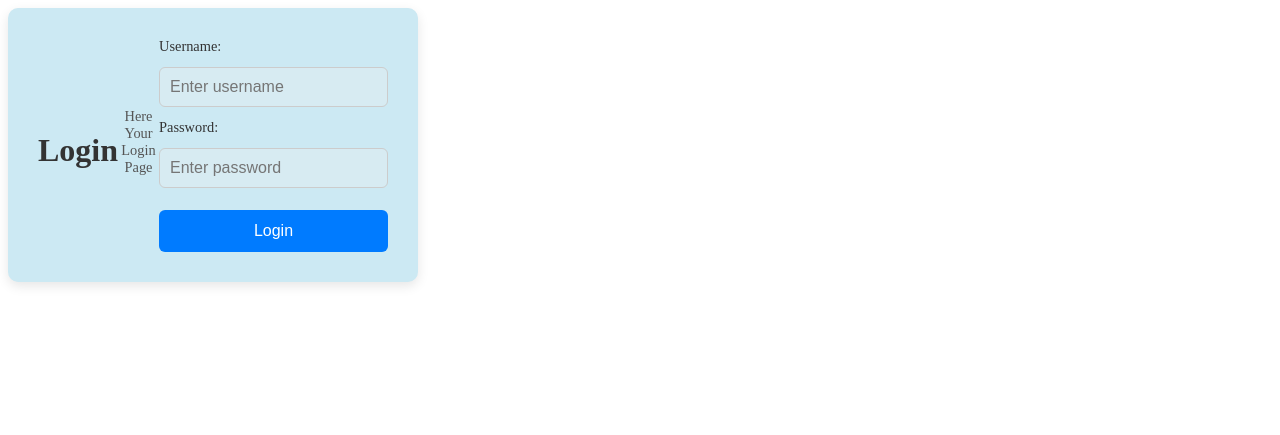
Repository: AdityaTech-Pro/FullStackWithBridgelabz
Page: login form/index.html
An editor plug-in stored every save of this project. The page is shown before and after the next save, followed by the edit.
The browser window is 1280 px wide. The pictures show the whole page.

Above is the page before, as saved 2025-11-17 09:35:15.
Console error: ReferenceError: inputUsername is not defined

### login form/index.html
<!DOCTYPE html>
<html lang="en">

<head>
    <meta charset="UTF-8" />
    <meta name="viewport" content="width=device-width, initial-scale=1.0" />
    <title>Login Page</title>
    <link rel="stylesheet" href="./style.css" />
</head>

<body>
    <main class="login-container">
        <h1>Login</h1>
        <p>Here Your Login Page</p>


        <div class="login-box" BackgroundColor="#f0f0f0" Padding="20px" BorderRadius="5px">
            <label>Username:</label>
            <input type="text" placeholder="Enter username" disabled>


            <label>Password:</label>
            <input type="password" placeholder="Enter password" disabled>


            <button disabled>Login</button>
        </div>
    </main>


    <script src="script.js"></script>
</body>

</html>

### login form/style.css

   //LOGIN PAGE - STYLED WITH STANDARD MODERN COLORS

body {
  /* margin: 50%; */
  /* padding: 50%; */
  font-family: Arial, Helvetica, sans-serif;
  background: #f2f4f5ff; /* Light grey background */
  /* display: flex;
  justify-content: center;
  align-items: center; */
  height: 100vh;
}

.login-container {
  background: #cce9f3ff; /* White card background */
  padding: 30px;
  border-radius: 10px;
  width: 350px;
  box-shadow: 0 4px 12px rgba(0, 0, 0, 0.1); /* Soft shadow */
  text-align: center;
  /* margin: auto;
  margin-y: 100px; */
  display: flex;
  flex-direction: ;
  align-items: center;
  justify-content: center;
}

h1 {
  margin-bottom: 10px;
  color: #333333; /* Dark text */
}

p {
  color: #555555; /* Medium grey */
  font-size: 0.9rem;
  margin-bottom: 20px;
}

.login-box {
  display: flex;
  flex-direction: column;
  gap: 12px;
}

label {
  text-align: left;
  font-size: 0.9rem;
  color: #333333;
}

input {
  padding: 10px;
  border: 1px solid #cccccc;
  border-radius: 6px;
  font-size: 1rem;
}

button {
  padding: 12px;
  background: #007bff; /* Standard blue button */
  color: white;
  border: none;
  border-radius: 6px;
  cursor: not-allowed; /* Disabled on purpose */
  font-size: 1rem;
  margin-top: 10px;
}

### login form/script.js
// Sample stored credentials (for demo purposes)
//const storedUsername = "admin";
//const storedPassword = "12345";

// User-provided login values (in a real system, these would come from inputs)
//const inputUsername = "admin"; // modify to test
//const inputPassword = "12345"; // modify to test

console.log("================ LOGIN AUTHENTICATION ================");
console.log(`Entered Username: ${inputUsername}`);
console.log(`Entered Password: ${inputPassword}`);
console.log("-------------------------------------------------------");

// Authentication logic
if (inputUsername === storedUsername && inputPassword === storedPassword) {
    console.log("Login Successful ✔");
    console.log("Welcome to the system!");
} else {
    console.log("Login Failed ✘");
    console.log("Invalid username or password.");
}

console.log("=======================================================");

After the next save:
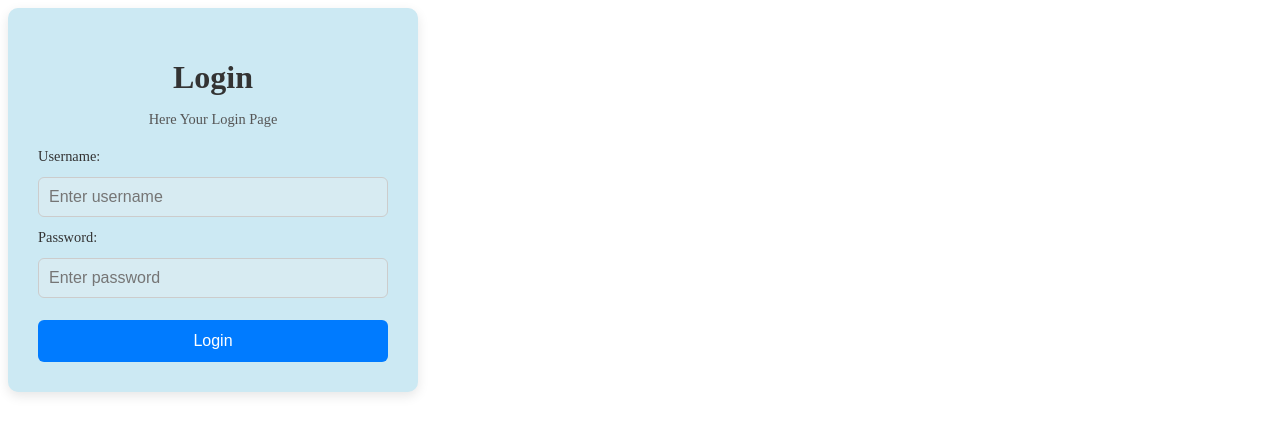
Saved 9 s later.
--- a/login form/style.css
+++ b/login form/style.css
@@ -21,10 +21,6 @@ body {
   text-align: center;
   /* margin: auto;
   margin-y: 100px; */
-  display: flex;
-  flex-direction: ;
-  align-items: center;
-  justify-content: center;
 }
 
 h1 {
